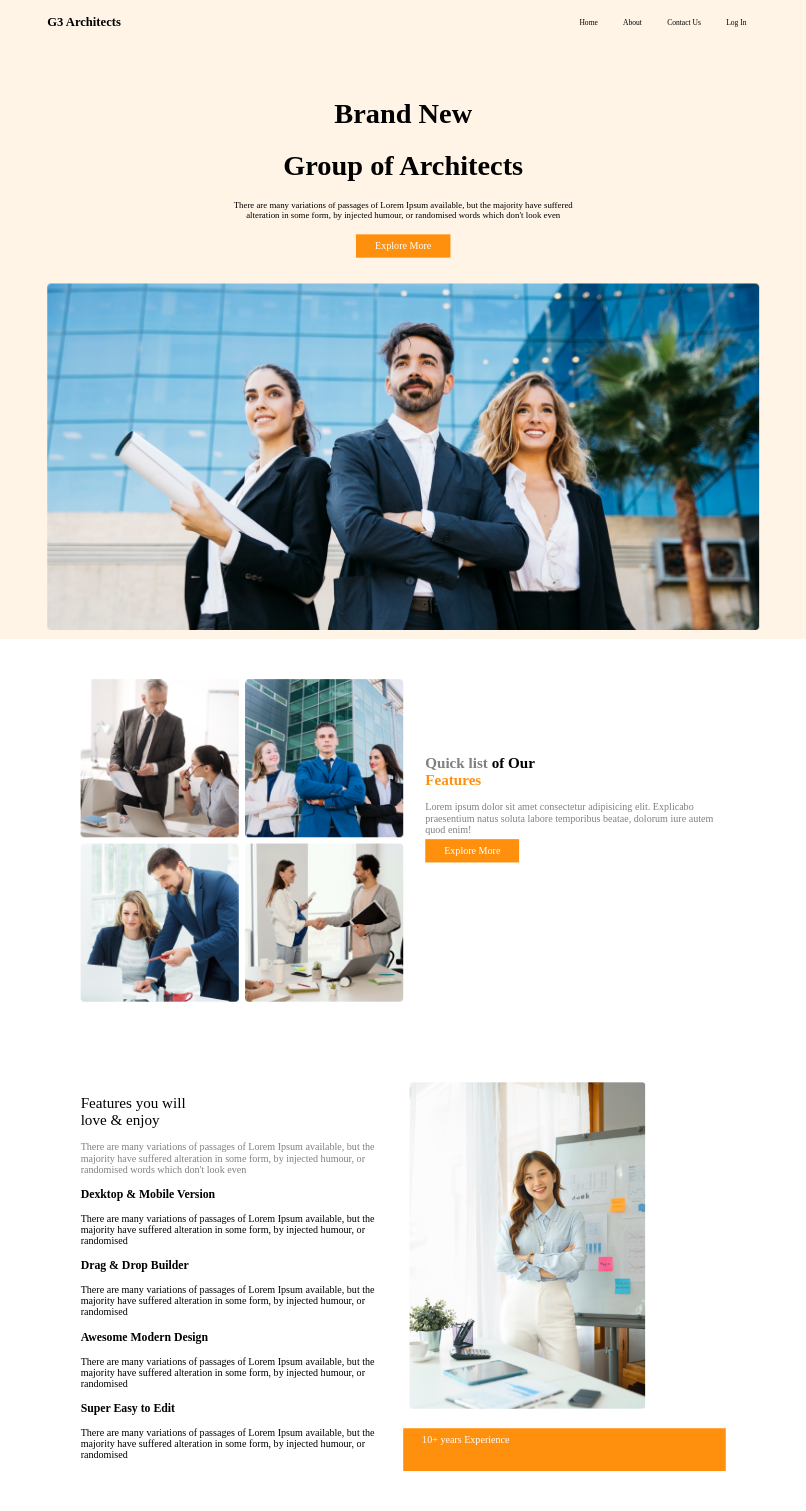
Repository: sadiaafsana138/Architect
Page: index.html
These files come from the project's save history. The page is drawn as it stood at one moment and after the next save; the edit follows.
The browser window is 1280 px wide. The pictures show the whole page, at 63% of full size.

Above is the page before, as saved 2023-01-16 16:41:26.

### index.html
<!DOCTYPE html>
<html lang="en">

<head>
  <meta charset="UTF-8" />
  <meta http-equiv="X-UA-Compatible" content="IE=edge" />
  <meta name="viewport" content="width=device-width, initial-scale=1.0" />
  <!-- CSS Stylesheet -->
  <link rel="stylesheet" href="style.css" />
  <title>G3 Architects</title>
</head>

<body>
  <!-- Head Section -->
  <header>
    <div class="top-head container">
      <div class="logo">
        <a href="">G3 Architects</a>
      </div>
      <nav class="navigation">
        <ul class="navigation-items">
          <li><a href="#">Home</a></li>
          <li><a href="#">About</a></li>
          <li><a href="#">Contact Us</a></li>
          <li><a href="#">Log In</a></li>
        </ul>
      </nav>
    </div>
    <div class="top-section container">
      <div class="top-bar-product">
        <div class="top-text">
          <h1>Brand New</h1>
          <h1>Group of Architects</h1>
          <p>
            There are many variations of passages of Lorem Ipsum available,
            but the majority have suffered <br>
            alteration in some form, by
            injected humour, or randomised words which don't look even
          </p>
          <br />
          <a href="#" class="link-btn">Explore More </a>
        </div>
        <div class="top-img">
          <img src="./images/banner.png" alt="" />
        </div>
      </div>
    </div>
  </header>
  <!--section Quick list of Our Features-->
  <section class="section-2">
    <div class="sec2div1">
      <img src="images/team1.png" alt="">

      </img>
      <img src="images/team2.png" alt="">

      </img>
      <img src="images/team3.png" alt="">

      </img>
      <img src="images/team4.png" alt="">

      </img>
    </div>
    <div class="sec2div2">
      <h2><span class="sp1">Quick list</span> of Our <br>
        <span id="sp2">Features</span>
      </h2>
      <p class="sp1">Lorem ipsum dolor sit amet consectetur adipisicing elit. Explicabo praesentium natus soluta labore
        temporibus beatae, dolorum iure autem quod enim!</p>
      <a href="#" class="link-btn">Explore More </a>
    </div>
  </section>
  <!--section-3 Features you will love & enjoy-->
  <section class="section-2">
    <div class="sec3div1">
      <h1>Features you will<br>
        love & enjoy</h1>
      <p class="sp1">
        There are many variations of passages of Lorem Ipsum available, but the majority have suffered alteration in
        some form, by injected humour, or randomised words which don't look even
      </p>
      <div class="sec3">
        <h3 class="sec3title">Dexktop & Mobile Version</h3>
        <p class="sec3subtitle">
          There are many variations of passages of Lorem Ipsum available, but the majority have suffered alteration in
          some form, by injected humour, or randomised
        </p>
      </div>
      <div class="sec3">
        <h3 class="sec3title">Drag & Drop Builder</h3>
        <p class="sec3subtitle">
          There are many variations of passages of Lorem Ipsum available, but the majority have suffered alteration in
          some form, by injected humour, or randomised
        </p>
      </div>
      <div class="sec3">
        <h3 class="sec3title">Awesome Modern Design</h3>
        <p class="sec3subtitle">
          There are many variations of passages of Lorem Ipsum available, but the majority have suffered alteration in
          some form, by injected humour, or randomised
        </p>
      </div>
      <div class="sec3">
        <h3 class="sec3title">Super Easy to Edit</h3>
        <p class="sec3subtitle">
          There are many variations of passages of Lorem Ipsum available, but the majority have suffered alteration in
          some form, by injected humour, or randomised
        </p>
      </div>
    </div>
    <div class="sec3div2">
      <img src="images/architect.png" alt="">
      <a href="#" class="link-btn"><span class="sp3">10+ years</span> Experience </a>
    </div>


  </section>
</body>

</html>

### style.css
@import url("https://fonts.googleapis.com/css2?family=Inter:wght@700&family=Manrope:wght@700&display=swap");

/* common styles or utilities */
* {
  padding: 0;
  box-sizing: border-box;
}

html {
  scroll-behavior: smooth;
}

body {
  font-family: "Poppins";
  margin: 0;
}

h1 {
  font-weight: 500;
}

a {
  text-decoration: none;
}

main {
  display: flex;
  flex-direction: column;
  align-items: center;
  justify-content: center;
  margin-top: 2%;
}

.container {
  max-width: 960px;
  margin: 0 auto;
  padding: 0 20px;
}

.link-btn {
  background-color: #ff900e;
  color: white;
  padding: 10px 30px;
  transition: 0.4s all ease-in-out;
}

.link-btn:hover {
  background-color: transparent;
  border: 1px solid #ff900e;
  color: #ff900e;
}

/* Header Section */
header {
  padding: 10px 0;
  background-color: rgba(255, 144, 14, 0.1);
}

header .container {
  max-width: 1170px;
  display: flex;
  justify-content: space-between;
  align-items: center;
}

.logo {
  display: flex;
}

.logo a {
  color: black;
  font-weight: 700;
  font-size: 20px;
}

.navigation {
  display: flex;
}

.navigation-items {
  display: flex;
  align-items: center;
}

.navigation-items li {
  list-style: none;
  padding: 0 20px;
}

.navigation-items li a {
  color: black;
  font-size: 12px;
  position: relative;
}

.navigation-items li a:after {
  content: "";
  position: absolute;
  background-color: #ff900e;
  height: 3px;
  width: 0;
  left: 0;
  bottom: -10px;
  transition: 0.3s;
}

.navigation-items li a:hover:after {
  width: 100%;
}

/* Top Bar Infos */
.top-section.container {
  margin-top: 5%;
}

.top-bar-product {
  text-align: center;
}

.top-text h1 {
  font-weight: 700;
  font-size: 45px;
}

.top-text p {
  font-size: 14px;
  text-align: center;
}

.top-img {
  width: 100%;
  margin-top: 50px;
}
.top-img img {
  width: 100%;
}
/*Section 2 Quick list of Our Features*/
.sp1{
  color: gray;
}
#sp2{
  color: #ff900e;
}
.section-2{
  display:grid;
  grid-template-columns: repeat(2,1fr);
  padding-left: 10%;
  padding-right: 10%;
  padding-top: 5%;
  padding-bottom: 5%;

}
.sec2div1{
  display: grid;
  grid-template-columns: repeat(2,1fr);
  row-gap: 10px;
  column-gap: 10px;
}
.sec2div1 img{
  width: 100%;
}
.sec2div2{
  padding-left: 35px;
  padding-top: 100px;
}
/* Media Queries */
@media only screen and (max-width: 688px) {
  .navigation {
    display: none;
  }
  .container {
    width: 100%;
  }
  .top-bar-product {
    flex-direction: column;
  }
  .top-img {
    order: 1;
  }
  .top-text {
    order: 2;
    text-align: center;
  }
  .section-2{
    display:grid;
    grid-template-columns: repeat(1,1fr);
  }
  .sec2div1{
    display: grid;
    grid-template-columns: repeat(1,1fr);
  }

}
.sec3div2{
  display: grid;
}
.sec3div2 img{
  width: 75%;
  padding-left:10px;
}
@media only screen and (min-width: 688px) and (max-width: 992px) {
  .container {
    width: 100%;
  }
  .section-2{
    display:grid;
    grid-template-columns: repeat(1,1fr);
  }
  .sec2div1{
    display: grid;
    grid-template-columns: repeat(2,1fr);
  }
}

After the next save:
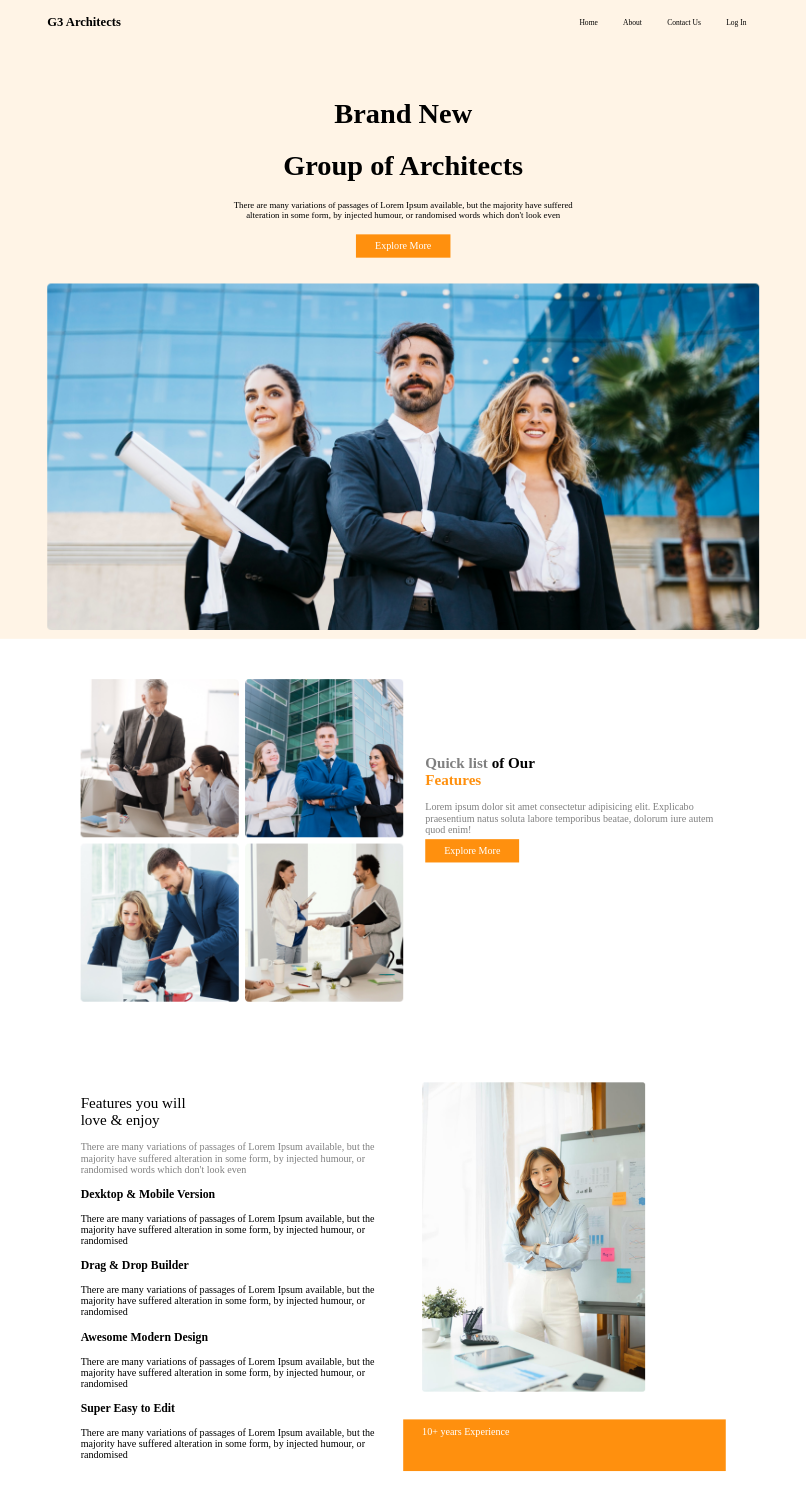
Saved 50 s later.
--- a/style.css
+++ b/style.css
@@ -196,7 +196,7 @@
 }
 .sec3div2 img{
   width: 75%;
-  padding-left:10px;
+  padding-left:30px;
 }
 @media only screen and (min-width: 688px) and (max-width: 992px) {
   .container {
